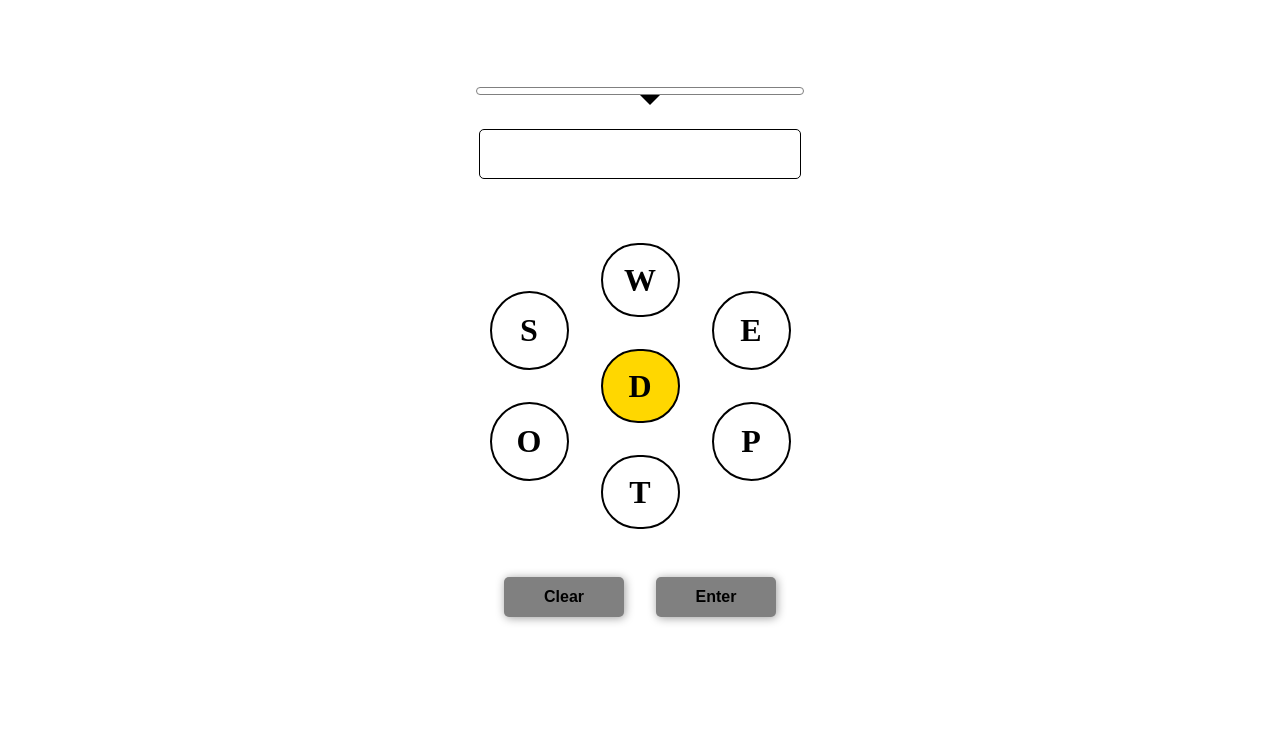
Repository: wellgordon/spelling-bee-clone
Page: /game
The author's editor kept a copy of each file at every save. The page is drawn from the files as they stood at one save, then again after the next save.
The browser window is 1280 px wide. The pictures show the whole page.
The project was rebuilt for these pictures with package versions that can differ from the ones it lists, and the page was loaded fresh each time. Also part of the build but not shown: src/index.css, src/components/Home.tsx.

Above is the page before, as saved 2022-01-28 18:44:49.

### src/App.tsx
import React from 'react';
import Game from './components/Game';
import { BrowserRouter as Router, Route, Routes } from 'react-router-dom';
import Home from './components/Home';

const App = () => {
  return (
    <Router>
      <Routes>
        <Route path="/" element={<Home />} />
        <Route path="/game" element={<Game />} />
      </Routes>
    </Router>
  );
};

export default App;

### src/components/Game.tsx
import React, { useState } from 'react';
import { words } from '../constants/words';
import GameUI from './GameUI';

const Game = () => {
  const [bufferText, setBufferText] = useState('');
  const [isSpecialLetter, setIsSpecialLetter] = useState(false);
  const [foundWords, setFoundWords] = useState<string[]>([]);

  const handleClick = (e: any) => {
    if (bufferText.length > 10) {
      setBufferText('Too Long!');
      setTimeout(() => {
        setBufferText('');
      }, 500);
    } else {
      setBufferText((prev) => prev + e.target.innerText);
    }
  };

  const handleCenterClick = (e: string) => {
    setIsSpecialLetter(true);
    handleClick(e);
  };

  const handleClear = () => {
    setBufferText('');
  };

  const handleSubmit = () => {
    if (bufferText.length < 4) {
      setBufferText('Too short!');
      setIsSpecialLetter(false);
      setTimeout(() => {
        setBufferText('');
      }, 500);
    } else if (!isSpecialLetter) {
      setBufferText('Need to use letter of the day!');
      setTimeout(() => {
        setBufferText('');
      }, 500);
    } else if (foundWords?.includes(bufferText)) {
      setBufferText('Oops, already got that one!');
      setIsSpecialLetter(false);
      setTimeout(() => {
        setBufferText('');
      }, 500);
    } else {
      if (words.includes(bufferText.toLowerCase())) {
        setFoundWords((prev) => [...prev, bufferText]);
        setIsSpecialLetter(false);
        setBufferText('');
      } else {
        setBufferText('Sorry, not a word...');
        setIsSpecialLetter(false);
        setTimeout(() => {
          setBufferText('');
        }, 500);
      }
    }
  };

  return (
    <GameUI
      handleClick={handleClick}
      handleCenterClick={handleCenterClick}
      bufferText={bufferText}
      handleClear={handleClear}
      handleSubmit={handleSubmit}
      foundWords={foundWords}
    />
  );
};

export default Game;

### src/constants/words.ts
export const words = [
  'depot',
  'depots',
  'despot',
  'dews',
  'does',
  'doest',
  'dope',
  'dopes',
  'dose',
  'dote',
  'dotes',
  'dots',
  'dowse',
  'dowset',
  'odes',
  'opted',
  'opts',
  'owed',
  'owes',
  'peso',
  'pest',
  'pesto',
  'pets',
  'pews',
  'pods',
  'poet',
  'poets',
  'pose',
  'posed',
  'post',
  'posted',
  'pots',
  'sowed',
  'sped',
  'spot',
  'step',
  'stew',
  'stop',
  'stow',
  'stowed',
  'swept',
  'swop',
  'swopt',
  'toed',
  'toes',
  'tops',
  'towed',
  'tows',
  'twos',
  'weds',
  'wept',
  'west',
  'wets',
  'woes',
];

const wordLists = [
  {
    letters: ['D', 'O', 'W', 'A', 'P', 'L', 'K'],
    words: [
      'dawk',
      'walk',
      'pawl',
      'plow',
      'kola',
      'plod',
      'wold',
      'alow',
      'apod',
      'awol',
      'dopa',
      'opal',
      'woad',
      'load',
      'polka',
      'waldo',
      'woald',
    ],
  },
  {
    letters: ['E', 'V', 'L', 'A', 'W', 'R', 'G'],
    words: [
      'gravel',
      'argle',
      'gavel',
      'glare',
      'grave',
      'lager',
      'large',
      'laver',
      'ravel',
      'regal',
      'velar',
      'wager',
      'waler',
      'waver',
      'ager',
      'areg',
      'aver',
      'earl',
      'egal',
      'gale',
      'gave',
      'gear',
      'grew',
      'lave',
      'lear',
      'leva',
      'rage',
      'rale',
      'rave',
      'real',
      'vale',
      'veal',
      'vega',
      'vela',
      'vera',
      'wage',
      'wale',
      'ware',
      'wave',
      'weal',
      'wear',
    ],
  },
];

### src/components/GameUI.tsx
import React, { useState } from 'react';
import Game from './Game';
import {
  MainContainer,
  SubContainer,
  Accordion,
  FoundText,
  TriangleUp,
  TriangleDown,
  InputText,
  SideColumn,
  Circle,
  CenterColumn,
  CenterCircle,
  ButtonContainer,
  Button,
  GameContainer,
} from './styled/Styles';

type Props = {
  handleClick: (e: any) => void;
  handleCenterClick: (e: any) => void;
  handleSubmit: () => void;
  handleClear: () => void;
  bufferText?: string;
  foundWords?: string[];
};

const GameUI = ({
  handleClick,
  handleCenterClick,
  bufferText,
  handleSubmit,
  handleClear,
  foundWords,
}: Props) => {
  const [open, setOpen] = useState(false);
  const [accordion, setAccordion] = useState('');

  function toggle() {
    if (open) {
      setOpen(false);
      setAccordion('');
    } else {
      setOpen(true);
      setAccordion('found-word-box');
    }
  }

  return (
    <>
      <MainContainer>
        <SubContainer>
          <Accordion className={accordion}>
            {open === false
              ? foundWords
                  ?.filter((word: string, index: number) => index < 5)
                  .map((word: string) => {
                    return <FoundText>{`${word}, `}</FoundText>;
                  })
              : foundWords?.map((word: string) => {
                  return <FoundText>{`${word}, `}</FoundText>;
                })}
          </Accordion>
          <span onClick={toggle}>
            {open === true ? <TriangleUp /> : <TriangleDown />}
          </span>
          <InputText>{bufferText}</InputText>
          <GameContainer>
            <SideColumn>
              <Circle onClick={handleClick}>S</Circle>
              <Circle onClick={handleClick}>O</Circle>
            </SideColumn>
            <CenterColumn>
              <Circle onClick={handleClick}>W</Circle>
              <CenterCircle onClick={handleCenterClick}>D</CenterCircle>
              <Circle onClick={handleClick}>T</Circle>
            </CenterColumn>
            <SideColumn>
              <Circle onClick={handleClick}>E</Circle>
              <Circle onClick={handleClick}>P</Circle>
            </SideColumn>
          </GameContainer>
          <ButtonContainer>
            <Button onClick={handleClear}>Clear</Button>
            <Button onClick={handleSubmit}>Enter</Button>
          </ButtonContainer>
        </SubContainer>
      </MainContainer>
    </>
  );
};

export default GameUI;

### src/components/styled/Styles.ts
import styled from 'styled-components';

export const MainContainer = styled.div`
  height: 100vh;
  width: 50%;
  display: flex;
  margin: 0 auto;
  align-items: center;
  justify-content: center;
`;

export const SubContainer = styled.div`
  display: flex;
  align-items: center;
  justify-content: center;
  flex-flow: column;
`;

export const GameContainer = styled.div`
  width: 350px;
  height: 350px;
  display: flex;
  flex-flow: row nowrap;
  justify-content: center;
`;

export const Column = styled.div`
  display: flex;
  flex-flow: column nowrap;
  align-items: center;
  justify-content: space-around;
`;

export const SideColumn = styled(Column)`
  margin: 4rem 0;
`;

export const CenterColumn = styled(Column)`
  margin: 1rem 0;
`;

export const Circle = styled.div`
  width: 75px;
  height: 75px;
  border-radius: 50px;
  border: 2px solid black;
  display: flex;
  align-items: center;
  justify-content: center;
  font-size: 2rem;
  font-weight: bold;
  margin: 1rem;

  &:hover {
    cursor: pointer;
  }
`;

export const CenterCircle = styled(Circle)`
  background: gold;
`;

export const InputText = styled.p`
  margin-bottom: 2rem;
  height: 3rem;
  width: 20rem;
  border: 1px solid black;
  border-radius: 5px;
  font-size: 1.5rem;
  font-weight: bold;
  text-align: center;
`;

export const FoundText = styled.p`
  margin-left: 0.3rem;
`;

export const TriangleDown = styled.div`
  width: 0;
  height: 0;
  border-left: 10px solid transparent;
  border-right: 10px solid transparent;

  border-top: 10px solid black;
  position: relative;
  left: 50%;
  bottom: 100%;

  &:hover {
    cursor: pointer;
    border-top: 10px solid gray;
  }
`;

export const TriangleUp = styled.div`
  width: 0;
  height: 0;
  border-left: 10px solid transparent;
  border-right: 10px solid transparent;

  border-bottom: 10px solid black;
  position: relative;
  left: 50%;
  bottom: 100%;

  &:hover {
    cursor: pointer;
    border-bottom: 10px solid gray;
  }
`;

export const Button = styled.button`
  text-decoration: none;
  background-color: gray;
  border: none;
  border-radius: 5px;
  margin: 1rem;
  font-weight: bold;
  font-size: 16px;
  height: 2.5rem;
  width: 7.5rem;
  box-shadow: 1px 1px 10px 0px rgba(156, 156, 156, 156);

  &:hover {
    cursor: pointer;
    box-shadow: 5px 5px 5px gray;
  }
`;
export const ButtonContainer = styled.div`
  display: flex;
  flex-flow: row wrap;
  align-items; flex-start;
  justify-content: flex-end;
  margin-bottom: 2rem;
`;

export const Accordion = styled.div`
  width: 20rem;
  padding: 0.2rem;
  margin-top: 1rem;
  display: flex;
  flex-flow: row wrap;
  justify-content: flex-start;
  align-content: flex-start;
  font-weight: bold;
  border: 1px solid gray;
  border-radius: 5px;
`;

Loaded but not shown: public/index.html (common file); src/index.js (common file); src/reportWebVitals.js (common file)

After the next save:
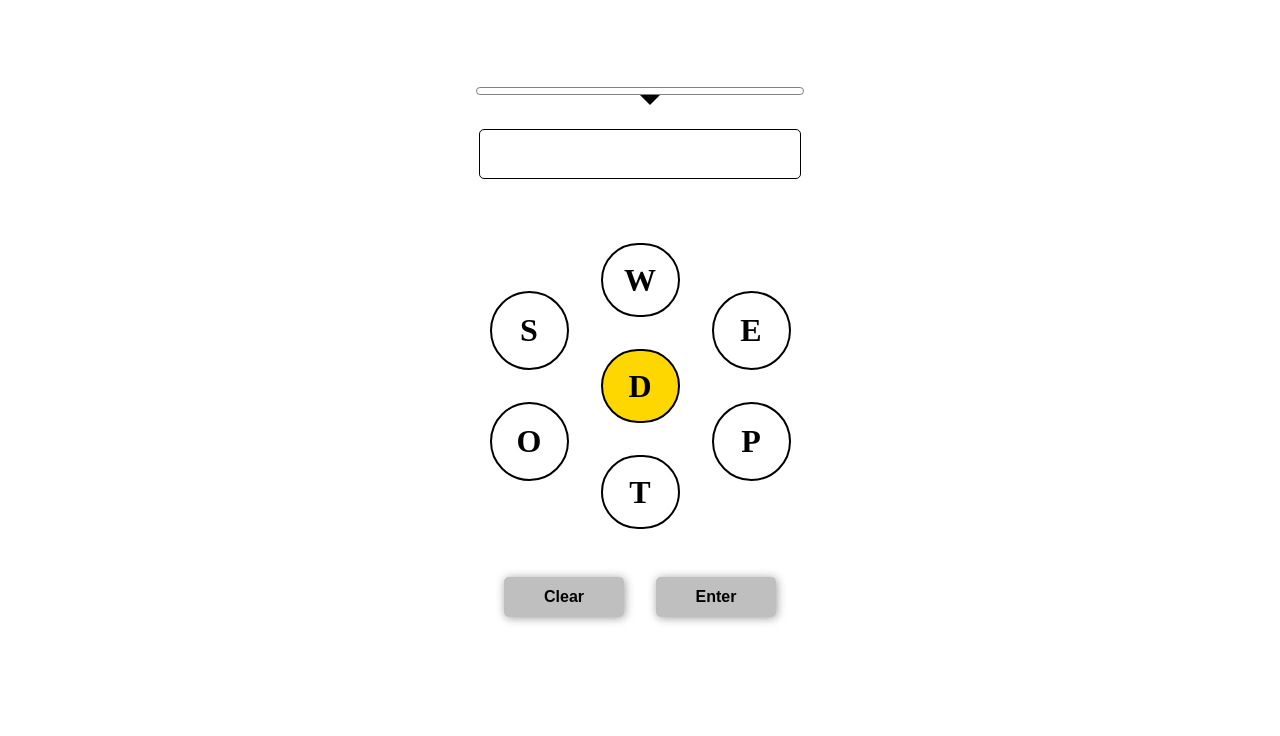
Saved 59 s later.
--- a/src/components/styled/Styles.ts
+++ b/src/components/styled/Styles.ts
@@ -111,7 +111,7 @@ export const TriangleUp = styled.div`
 
 export const Button = styled.button`
   text-decoration: none;
-  background-color: gray;
+  background-color: #bfbfbf;
   border: none;
   border-radius: 5px;
   margin: 1rem;
@@ -123,7 +123,7 @@ export const Button = styled.button`
 
   &:hover {
     cursor: pointer;
-    box-shadow: 5px 5px 5px gray;
+    background-color: #e6e6e6;
   }
 `;
 export const ButtonContainer = styled.div`
